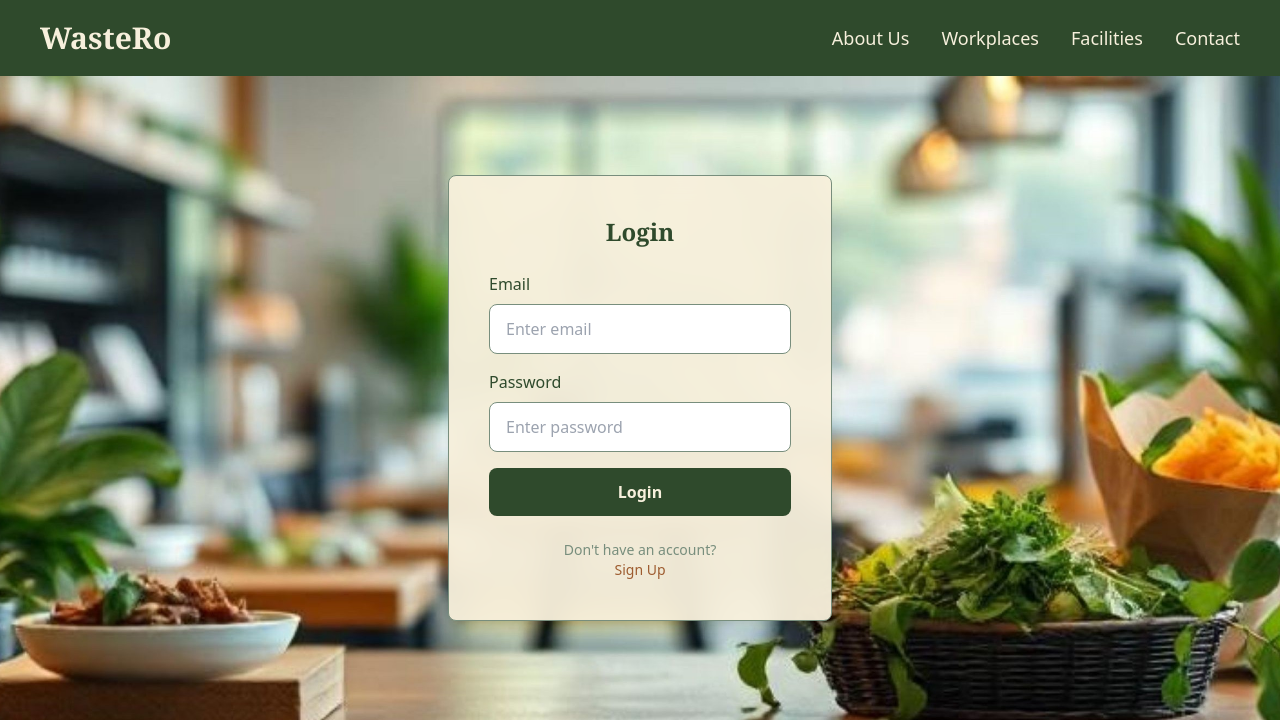
Repository: mahekagrawal25/restaurant-waste-management
Page: frontend/index.html
The author's editor kept a copy of each file at every save. The page is drawn from the files as they stood at one save, then again after the next save.
The browser window is 1280 px wide. The pictures show the whole page.
Some web libraries are served in a nearby version.

Above is the page before, as saved 2025-04-24 16:31:00.

After the next save:
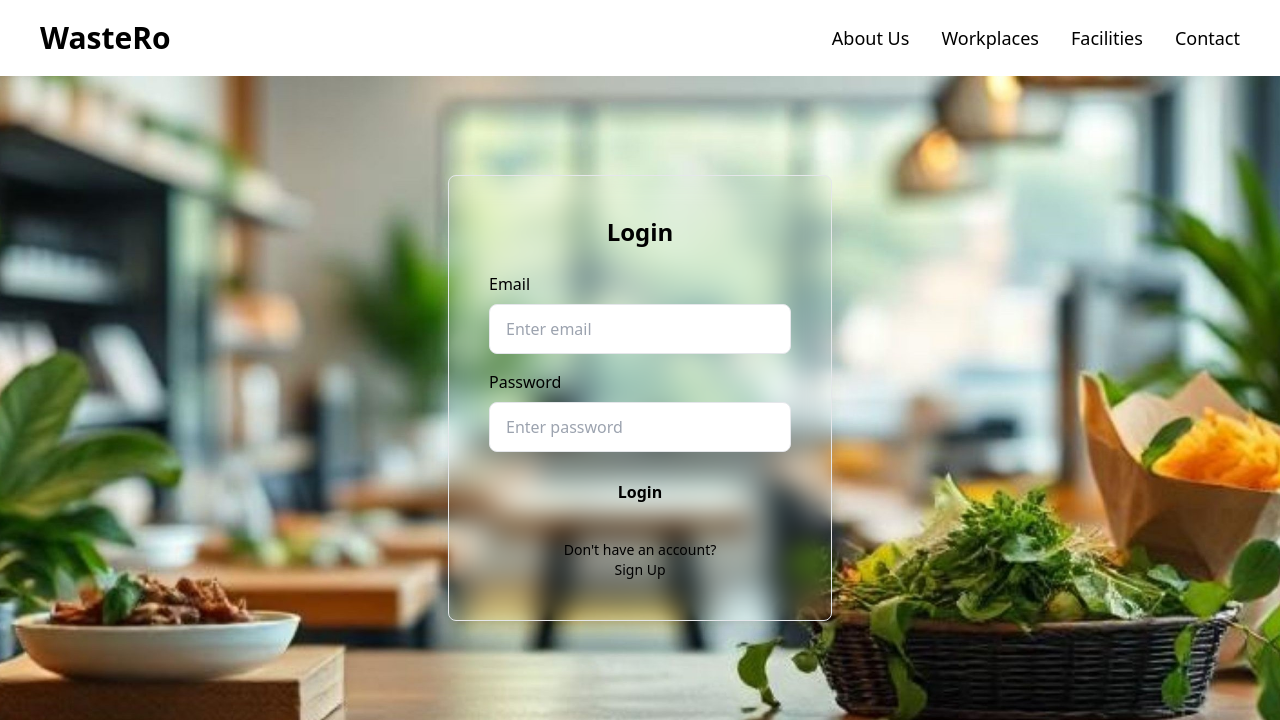
Saved 41 s later.
--- a/frontend/index.html
+++ b/frontend/index.html
@@ -5,24 +5,6 @@
     <meta name="viewport" content="width=device-width, initial-scale=1.0" />
     <title>Restaurant Waste Management</title>
     <script src="https://cdn.tailwindcss.com"></script>
-    <script>
-      tailwind.config = {
-        theme: {
-          extend: {
-            colors: {
-              forest: "#2F4A2C",
-              sage: "#788E7D",
-              cream: "#F7F0DC",
-              terracotta: "#9E5C30",
-              brightorange: "#F5971D"
-            },
-            fontFamily: {
-              cambria: ["Cambria", "Georgia", "serif"],
-            },
-          },
-        },
-      };
-    </script>
   </head>
   <body class="bg-cream min-h-screen flex flex-col">
 

After the save that followed:
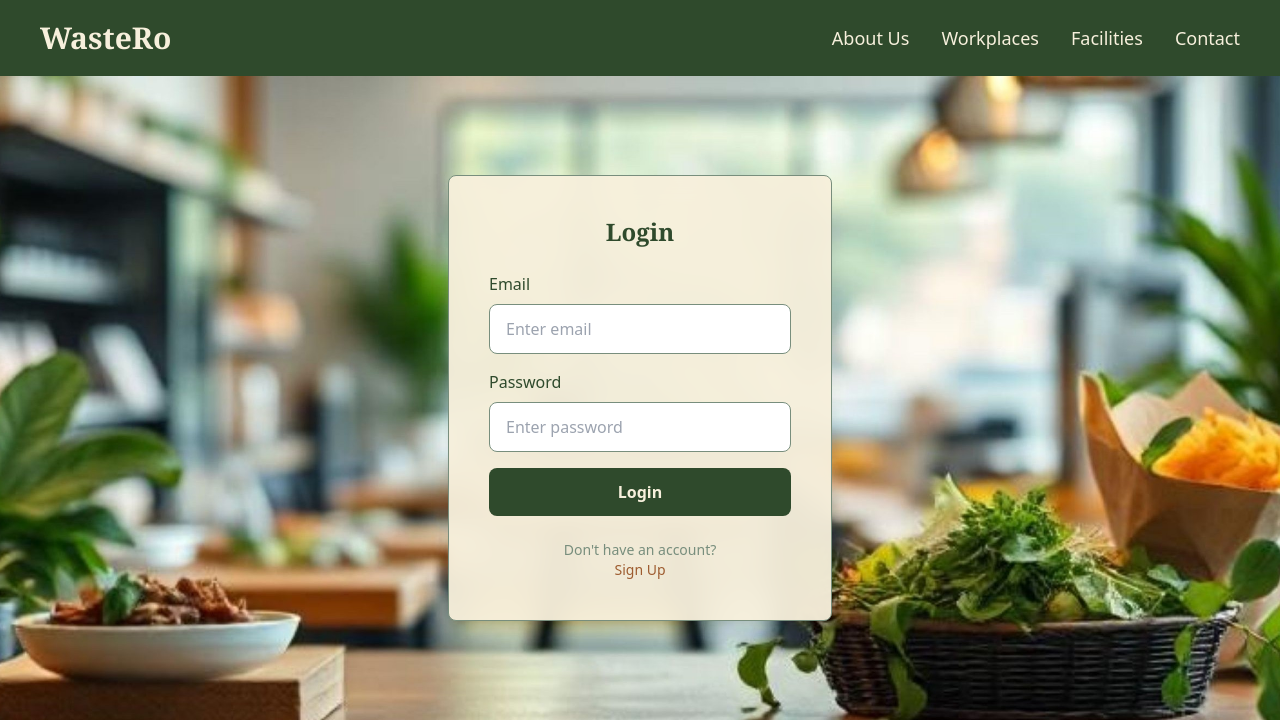
Saved 4 min 15 s later.
--- a/frontend/index.html
+++ b/frontend/index.html
@@ -5,6 +5,24 @@
     <meta name="viewport" content="width=device-width, initial-scale=1.0" />
     <title>Restaurant Waste Management</title>
     <script src="https://cdn.tailwindcss.com"></script>
+    <script>
+      tailwind.config = {
+        theme: {
+          extend: {
+            colors: {
+              forest: "#2F4A2C",
+              sage: "#788E7D",
+              cream: "#F7F0DC",
+              terracotta: "#9E5C30",
+              brightorange: "#F5971D"
+            },
+            fontFamily: {
+              cambria: ["Cambria", "Georgia", "serif"],
+            },
+          },
+        },
+      };
+    </script>
   </head>
   <body class="bg-cream min-h-screen flex flex-col">
 
